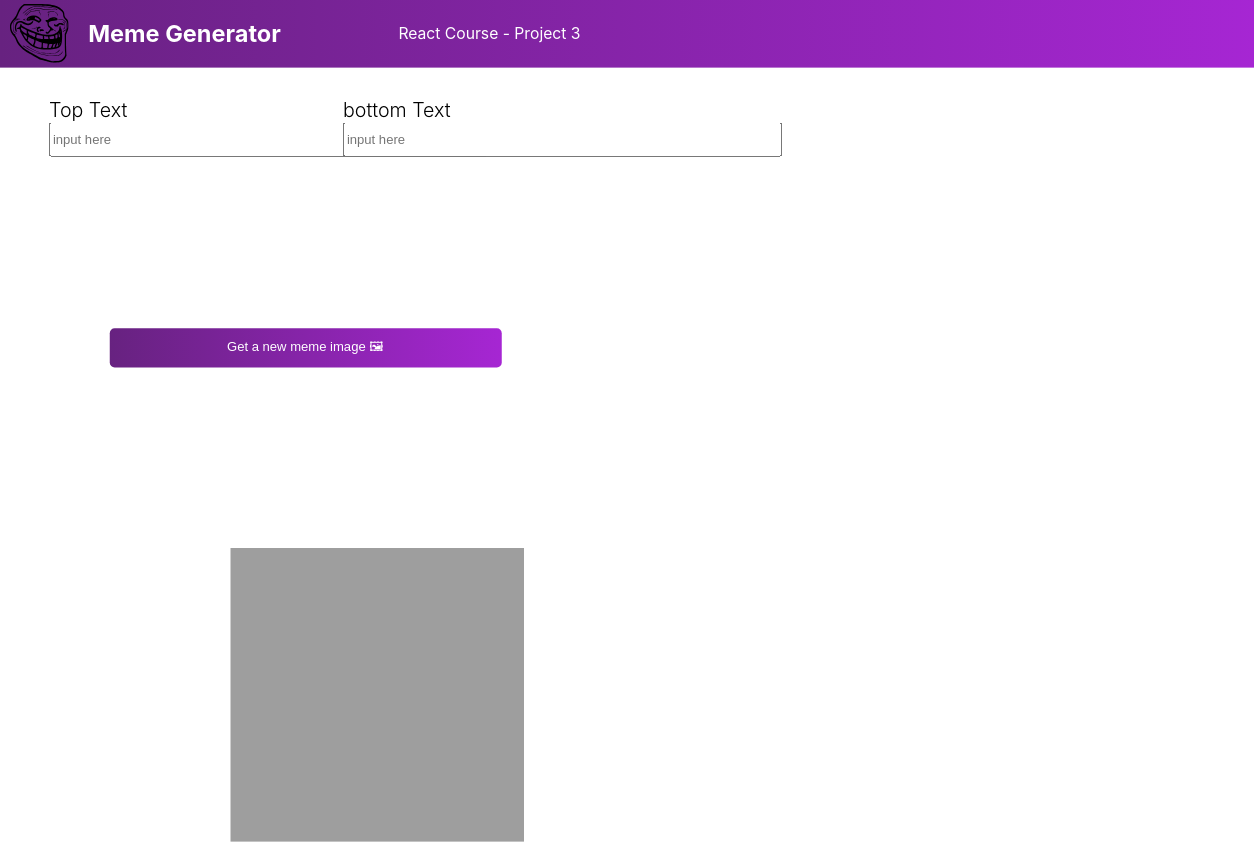
Repository: mortiestmorty1/meme-generator-react
Page: /
These files come from the project's save history. The page is drawn as it stood at one moment and after the next save; the edit follows.
The browser window is 1280 px wide. The pictures show the whole page, at 98% of full size.
Pictures or frames that could not be fetched are drawn as grey boxes. The project was rebuilt for these pictures with package versions that can differ from the ones it lists, and the page was loaded fresh each time. Also part of the build but not shown: src/components/box.js.

Above is the page before, as saved 2024-01-20 22:29:31.

### src/index.js
import React from 'react';
import ReactDOM from 'react-dom/client';
import './index.css';
import App from './App';
import reportWebVitals from './reportWebVitals';

const root = ReactDOM.createRoot(document.getElementById('root'));
root.render(
  <React.StrictMode>
    <App darkMode={false}/>
  </React.StrictMode>
);

// If you want to start measuring performance in your app, pass a function
// to log results (for example: reportWebVitals(console.log))
// or send to an analytics endpoint. Learn more: https://bit.ly/CRA-vitals
reportWebVitals();

### src/index.css
body {
  margin: 0;
  font-family: -apple-system, BlinkMacSystemFont, 'Segoe UI', 'Roboto', 'Oxygen',
    'Ubuntu', 'Cantarell', 'Fira Sans', 'Droid Sans', 'Helvetica Neue',
    sans-serif;
  -webkit-font-smoothing: antialiased;
  -moz-osx-font-smoothing: grayscale;
}

code {
  font-family: source-code-pro, Menlo, Monaco, Consolas, 'Courier New',
    monospace;
}
* {
  box-sizing: border-box;
  }

### src/App.js

import './App.css';
import React from "react";
import Navbar from "./components/Navbar";
import Inputs from "./components/inputs";
import { useState } from 'react';
import boxes from "./components/boxes";
import Box from "./components/box";

function App(props) {
 const [name , setname] = useState({
 email:"",
  password:"",
  confirm:"",
  newsletter:false
  })

function handleChange(event) {
  const {name , value , type , checked} = event.target
  setname(prevname => ({
    ...prevname,
    [name]: type === "checkbox" ? checked : value
  }));
}
function handleSubmit(event) {
  event.preventDefault()
  if(name.password !== name.confirm)
  return alert("passwords must match")
else{
  console.log("success")
  if(name.newsletter === true)
  return alert("you have subscribed to our newsletter")
}
}

  return (
    <div className="App">
      <Navbar />
      <Inputs />
    </div>
  );
}

export default App;

### src/App.css
.nav-container {
  display: flex;
  justify-content: space-between;
  align-items: center;
  background: linear-gradient(to right, #672280,#A626D3);
  }
  .image{
    width: 60px;
    height: 60px;
    margin-left: 10px;
  }
  .navbar{
    display: flex;
    justify-content: space-around;
    align-items: center;
    margin-right: 10px;
    color: white;
  }
  .navbar h1{
    margin-right: 20px;
    margin-left: 20px;
  }
  .info{
    margin-left: 100px;
  }
  .inputs-container{
    margin-left: 50px;
    margin-top: 20px;
    font-size: 20px;
    font-weight: 300;
  }
  .top{
    position: absolute;
    top: 100px;
  }
  .bottom{
    position: absolute;
    margin-left: 300px;
    top: 100px;
  }
  .topinput{
    position: absolute;
    top: 125px;
    height: 35px;
    width: 35%;
  }
  .bottominput{
    position: absolute;
    top: 125px;
    margin-left: 300px;
    height: 35px;
    width: 35%;
  }
  .generate{
    margin-left: 5%;
    margin-top: 20%;
    background: linear-gradient(to right, #672280,#A626D3);
    color: white;
    border: none;
    border-radius: 5px;
    width: 400px;
    height: 40px;
  }
  .meme-container{

  }
  .memeimage{
    margin-left: 15%;
    margin-top: 15%;
    width: 300px;
    height: 300px;
  }
  .box{
    width: 100px;
    height: 100px;
    border: 1px solid black;
    display: inline-block;
    margin-right: 10px;
  }
  .top-text{
    position: absolute;
    top: 300px;
    left: 5%;
    width: 300px;
    height: 300px;
    font-size: 30px;
    font-weight: 700;
    color: white;
    text-align: center;
    -webkit-text-stroke: 1px black;
  }
  .bottom-text{
    position: absolute;
    top: 550px;
    left: 5%;
    width: 300px;
    height: 300px;
    font-size: 30px;
    font-weight: 700;
    color: white;
    -webkit-text-stroke: 1px black;
  }

### src/components/Navbar.js
import React from "react";
import Troll from "./Troll-Face.svg";
import "../App.css";
function Navbar(){
    return(
        <div className="nav-container">
            <nav className="navbar">
                <img src={Troll} className="image" alt="Troll Face" />
                <h1>Meme Generator</h1>
                <section className="info">
                    <p>React Course - Project 3</p>
                </section>
            </nav>
        </div>
    )
}

export default Navbar;

### src/components/inputs.js
import React from "react";
import "../App.css";
import Meme from "./meme.js";
import { useState } from "react";
function Inputs(){
    const [Allmemeimage , setAllmemeimage] = useState(Meme)
    const [newmeme , setNewmeme] = useState({
        topText:"",
        bottomText:"",
        memeimage:"https://png.pngtree.com/png-vector/20231222/ourlarge/pngtree-do-not-press-this-button-sign-vector-png-image_11376553.png"
    })
    function handleClick () {

        const memearray = Allmemeimage
        const random = Math.floor(Math.random() * memearray.length)
        const url = memearray[random].url
        setNewmeme(prevmeme =>({
            ...prevmeme,
            memeimage:url
        }))
    }
    function handleChange(event) {
        const {name , value} = event.target
        setNewmeme(prevmeme => ({
            ...prevmeme,
            [name]: value
        }))
    }
    return(
        <div className="inputs-container">
            <div className="inputs">
                <label className="top">Top Text</label>
                <input
                className="topinput"
                type="text"
                placeholder="input here"
                onChange={handleChange}
                 name="topText"
                 value={newmeme.topText} />
                <label className="bottom">bottom Text</label>
                <input
                className="bottominput"
                type="text"
                placeholder="input here"
                onChange={handleChange}
                name="bottomText"
                value={newmeme.bottomText}  />
                <button className="generate" onClick={handleClick}>Get a new meme image  🖼</button>
            </div>
        <div className="meme-container">
            < img src={newmeme.memeimage} className="memeimage" alt="meme" />
            <h2 className="top-text">{newmeme.topText}</h2>
            <h2 className="bottom-text">{newmeme.bottomText}</h2>
        </div>
        </div>
    )
}

export default Inputs;

### src/components/boxes.js
export default [
    {
        id:1,
        on : false
    }
    ,
    {
        id:2,
        on : true
    }
    ,
    {
        id:3,
        on : false
    }
    ,
    {
        id:4,
        on : true
    }
    ,
    {
        id:5,
        on : false
    }
    ,
    {
        id:6,
        on : true
    }
    ,
    {
        id:7,
        on : false
    }
    ,
    {
        id:8,
        on : true
    }
    ,
    {
        id:9,
        on : false
    }
    ,
    {
        id:10,
        on : true
    }
]

### src/components/meme.js

export default [
    {
        id: 1,
        name: "Drake",
        url: "https://i.imgflip.com/30b1gx.jpg",
        width: 1200,
        height: 1200
    },
    {
        id: 2,
        name: "Distracted Boyfriend",
        url: "https://i.imgflip.com/1ur9b0.jpg",
        width: 1200,
        height: 800
    },
    {
        id: 3,
        name: "Two Buttons",
        url: "https://i.imgflip.com/1g8my4.jpg",
        width: 600,
        height: 908
    },
    {
        id: 4,
        name: "Mocking Spongebob",
        url: "https://i.imgflip.com/1otk96.jpg",
        width: 502,
        height: 353
    },
    {
        id: 5,
        name: "Expanding Brain",
        url: "https://i.imgflip.com/1jwhww.jpg",
        width: 857,
        height: 1202
    },
    {
        id: 6,
        name: "Roll Safe Think About It",
        url: "https://i.imgflip.com/1h7in3.jpg",
        width: 600,
        height: 600
    },
    {
        id: 7,
        name: "Change My Mind",
        url: "https://i.imgflip.com/24y43o.jpg",
        width: 482,
        height: 361
    },
    {
        id: 8,
        name: "Is This A Pigeon",
        url: "https://i.imgflip.com/1o00in.jpg",
        width: 857,
        height: 1202
    },
    {
        id: 9,
        name: "Batman Slapping Robin",
        url: "https://i.imgflip.com/9ehk.jpg",
        width: 400,
        height: 387
    },
   {
        id: 10,
        name: "One Does Not Simply",
        url: "https://i.imgflip.com/1bij.jpg",
        width: 568,
        height: 335
    },
    {
        id: 11,
        name: "Philosoraptor",
        url: "https://i.imgflip.com/1bgs.jpg",
        width: 400,
        height: 400
    },
    {
        id: 12,
        name: "Waiting Skeleton",
        url: "https://i.imgflip.com/2fm6x.jpg",
        width: 500,
        height: 500
    },
    {
        id: 13,
        name: "X, X Everywhere",
        url: "https://i.imgflip.com/1ihzfe.jpg",
        width: 500,
        height: 610
    },
    {
        id: 14,
        name: "Futurama Fry",
        url: "https://i.imgflip.com/1bgw.jpg",
        width: 553,
        height: 439
    },
    {
        id: 15,
        name: "Ancient Aliens",
        url: "https://i.imgflip.com/26am.jpg",
        width: 500,
        height: 437
    },
    {
        id: 16,
        name: "That Would Be Great",
        url: "https://i.imgflip.com/1bh8.jpg",
        width: 500,
        height: 500
    },
    {
        id: 17,
        name: "Unsettled Tom",
        url: "https://i.imgflip.com/2wifvo.jpg",
        "width": 500,
        "height": 654
    },
    {
        id : 18,
        name: "Boardroom Meeting Suggestion",
        url: "https://i.imgflip.com/m78d.jpg",
        width: 625,
        height: 415
    },
]

Loaded but not shown: public/index.html (common file); src/reportWebVitals.js (common file)

After the next save:
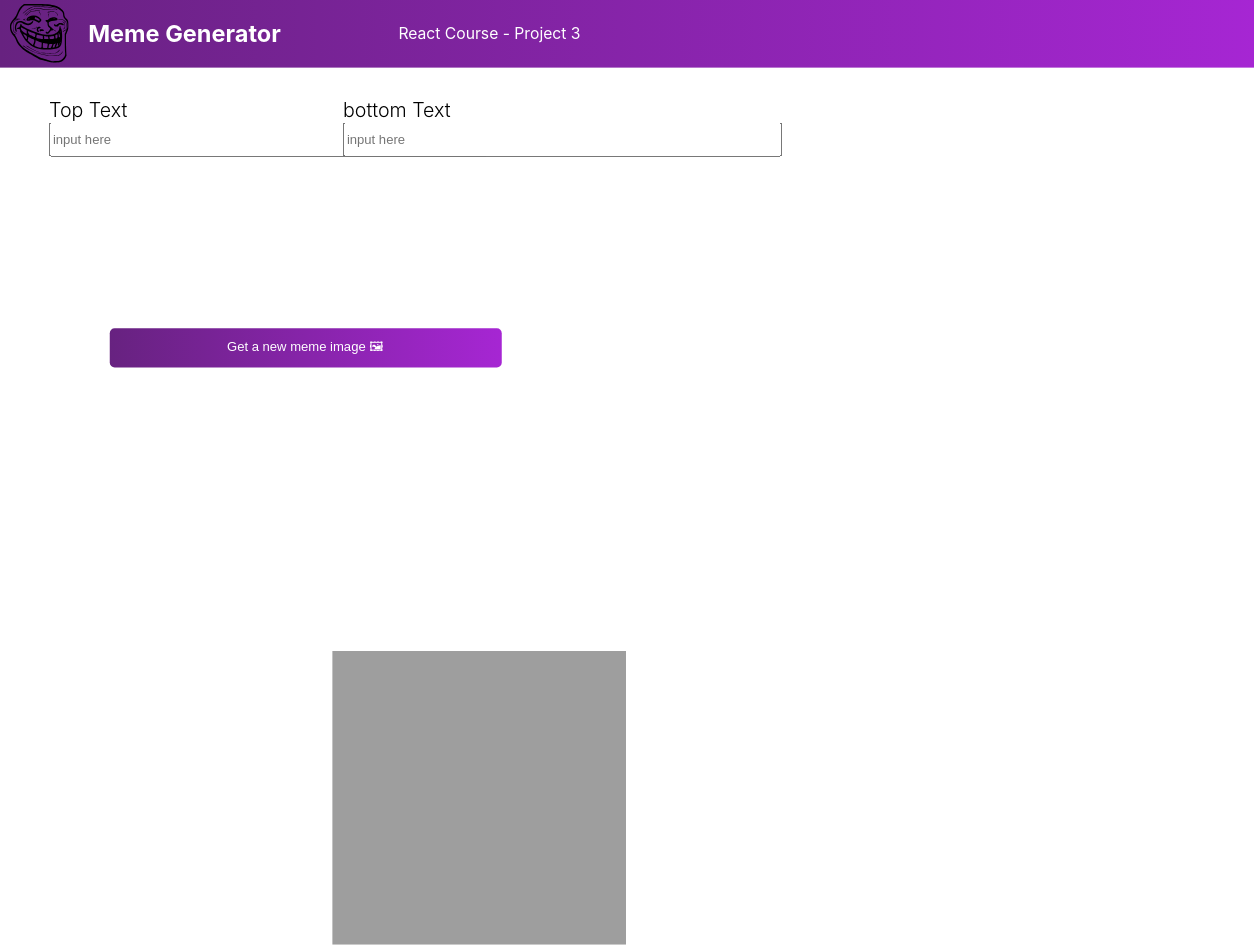
Saved 14 s later.
--- a/src/App.css
+++ b/src/App.css
@@ -62,6 +62,9 @@
     height: 40px;
   }
   .meme-container{
+    display: block;
+    margin-left: 10%;
+    margin-top: 10%;
 
   }
   .memeimage{

After the save that followed:
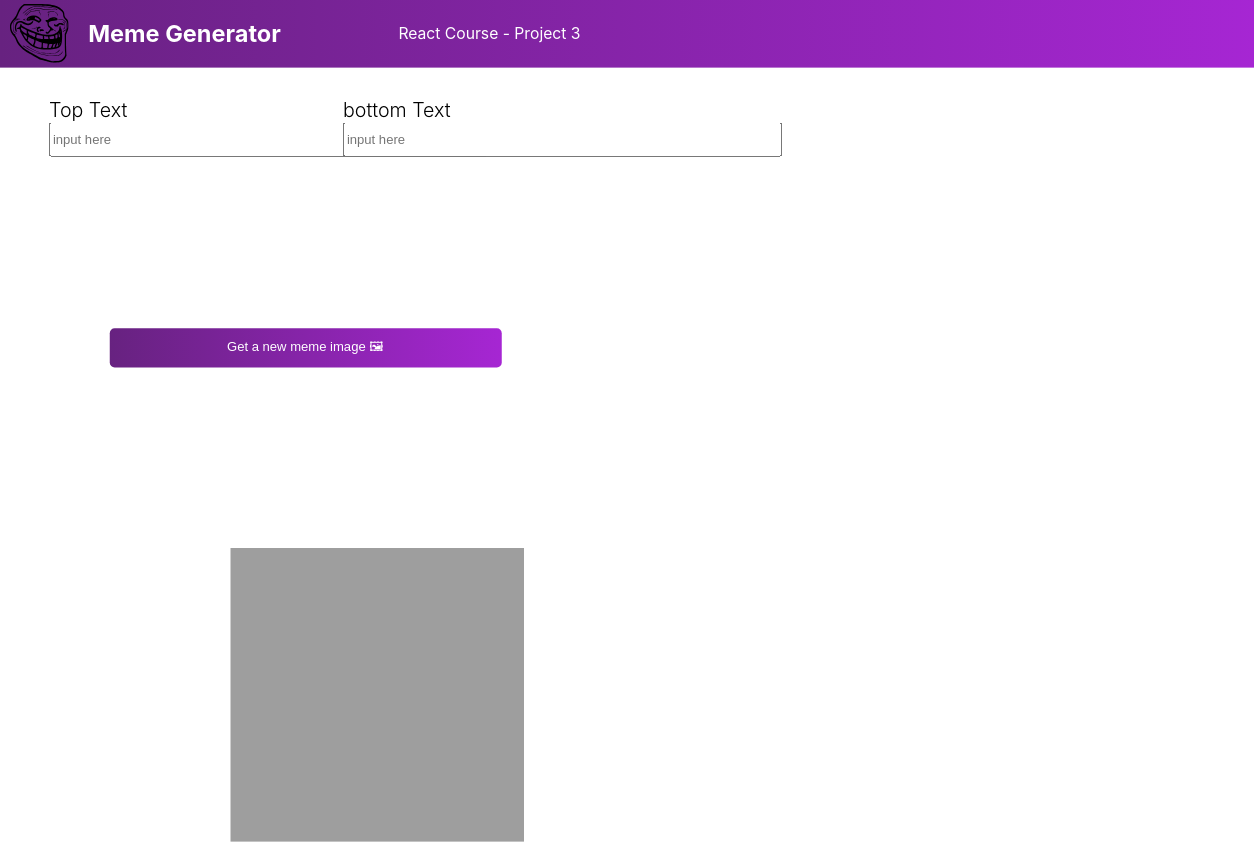
Saved 22 s later.
--- a/src/App.css
+++ b/src/App.css
@@ -63,9 +63,6 @@
   }
   .meme-container{
     display: block;
-    margin-left: 10%;
-    margin-top: 10%;
-
   }
   .memeimage{
     margin-left: 15%;
